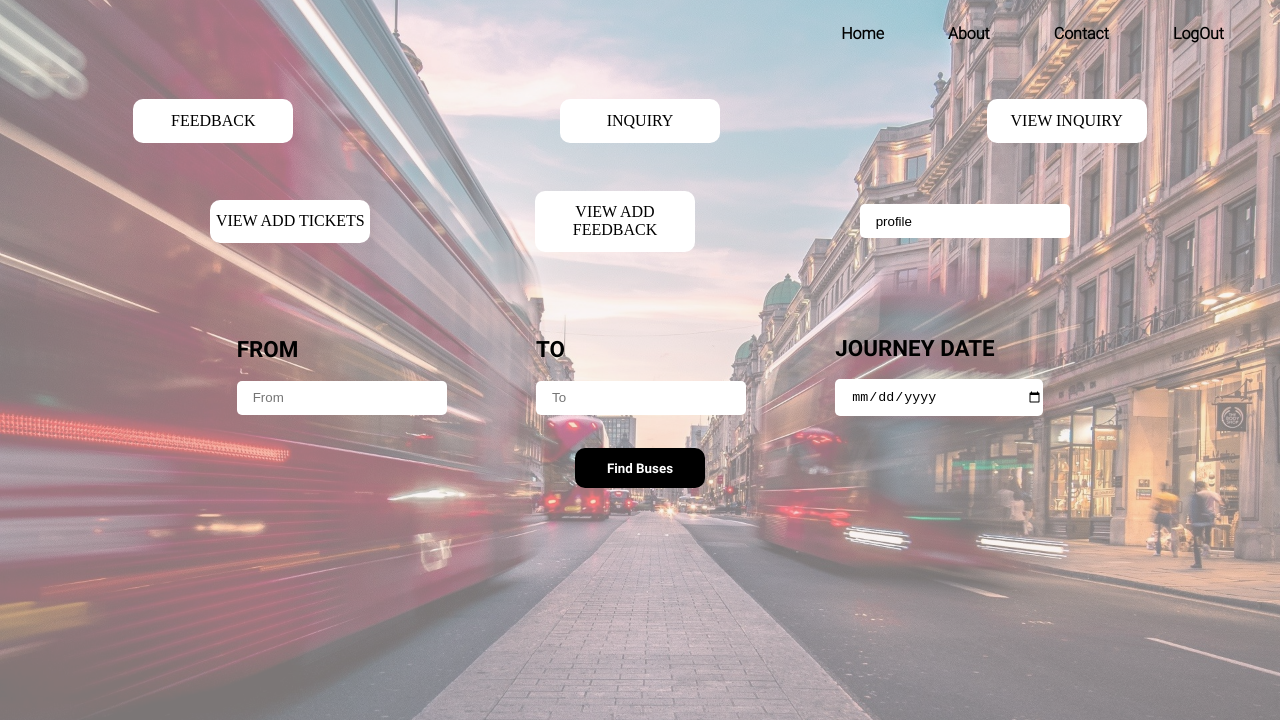
Repository: Savindushehan/RouteMaster-Group-project
Page: http://localhost/RouterMaster/MainHome.jsp
An editor plug-in stored every save of this project. The page is shown before and after the next save, followed by the edit.
The browser window is 1280 px wide. The pictures show the whole page.
The page is served by Tomcat 10. Other server files are loaded and not shown.

Above is the page before, as saved 2023-10-09 19:18:18.

### RouteMaster/RouterMaster/src/main/webapp/MainHome.jsp
<%@ page language="java" contentType="text/html; charset=UTF-8"
    pageEncoding="UTF-8"%>
<!DOCTYPE html>
<html lang="en">
<head>
    <meta charset="UTF-8">
    <meta name="viewport" content="width=device-width, initial-scale=1.0">
    <title>RouteMaster</title>
    <style>
        @font-face {
        font-family: 'Roboto-Light'; /* Font family name */
        src: url('Fonts/Roboto-Light.ttf') format('truetype'); /* URL to your font file */
        font-weight: normal;
        font-style: italic;
        }
        @font-face {
        font-family: 'Raleway-Light'; /* Font family name */
        src: url('Fonts/Raleway-Light.ttf') format('truetype'); /* URL to your font file */
        font-weight: normal;
        font-style: italic;
        }
        @font-face {
        font-family: 'Roboto-Bold'; /* Font family name */
        src: url('Fonts/Roboto-Bold.ttf') format('truetype'); /* URL to your font file */
        font-weight: normal;
        font-style: italic;
        }
        :root{
            --div-color1:#000000;
            --div-color2:#272702;
            --div-color3:#07FAFA;
            --div-color4:#FFFFFF;
        }
        a{
            text-decoration: none;
        }
        body{
            margin: 0;
            padding: 0;
            background-image: url(background.jpg);
            background-size: cover;
            background-repeat: no-repeat;
            background-position: center;
            height: 100vh;

        }
        body::before {
          content: "";
          position: absolute;
          top: 0;
          left: 0;
          width: 100%;
          height: 100%;
          background-color: rgba(245, 236, 236, 0.5);
          z-index: -1;
        }
        .head{
            display: flex;
            flex-direction: row;
            justify-content: right;
        }
        header h3{
            color: var(--div-color1);
            font-size:1rem;
            margin-right: 3rem;
            cursor: grab;
            padding: 0.5rem;
            border-radius: 0.5rem;
            outline: none;
            font-family: 'Roboto-Light';
        }
        .row1{
            margin-top: 2rem;
            width: 100%;
        }
        .row2{
            width: 80%;
            margin-left: auto;
            margin-right: auto;
        }
        .row1,.row2{
            display: flex;
            flex-direction: row;
            justify-content: space-around;
            align-items: center;
            margin-bottom: 3rem;
        }
        span{
            width: 10rem;
            padding-top: 0.8rem;
            padding-bottom: 0.8rem;
            text-align: center;
            border-radius: 10px;
            background-color: var(--div-color4);
            outline: none;
            font-family: 'Ralway-Light';
            cursor: pointer;
        }
        form{
            display: flex;
            flex-direction: column;
            justify-content: center;
            align-items: center;
            width:70%;
            margin-left: auto;
            margin-right: auto;
            margin-top: 4rem;
        }
        .row3{
            display: flex;
            flex-direction: row;
            justify-content: space-around;
            align-items: center;
            width: 100%;
        }
        h2{
           font-family: 'Roboto-Bold';
           font-size: 1.4rem;
        }
        input{
            width: 12rem;
            padding-top: 0.6rem;
            padding-bottom: 0.6rem;
            border: none;
            outline: none;
            border-radius: 5px;
            padding-left: 1rem;
        }
        button{
          text-align: center;
          padding-left: 2rem;
          padding-right: 2rem;
          padding-top: 0.8rem;
          padding-bottom: 0.8rem;
          border-radius: 10px;
          font-family: 'Roboto-Bold';
          background-color: var(--div-color1);
          color: var(--div-color4);
          border: none;
          outline: none;
          cursor: pointer;
          margin-top: 2rem;
        }
    </style>
</head>
<body>
    <header>
        <div class="head">
          <a href="Home.jsp"><h3 id="m1">Home</h3></a>
           <a href="AboutUs.jsp"><h3 id="m2">About</h3></a>
            <a href="ContactUS.jsp"><h3 id="m3">Contact</h3></a>
           <a href="login.jsp"><h3 id="m4">LogOut</h3></a>
        </div>
    </header>
    <main>
        <div class="row1">
            <span id="s1" name="feedback">FEEDBACK</span>
            <span id="s2" name="inquiry">INQUIRY</span>
            <span id="s3" name="viewinquiry">VIEW INQUIRY</span>
        </div>
       <div class="row2">
		<span id="s4" name="ticket">VIEW ADD TICKETS</span>
   		 <span id="s5" name="viewfeedback">VIEW ADD FEEDBACK</span>
	    <input id="s6" name="profile" value="profile">
	</div>

        <form>
            <div class="row3">
                <div class="colomn1">
                                    <h2>FROM</h2>
                    <input type="text" id="from" name="from" placeholder="From">
                </div>
                <div class="colomn2">
                    <h2>TO</h2>
                    <input type="text" id="to" name="to" placeholder="To">
                </div>
                <div class="colomn3">
                    <h2>JOURNEY DATE</h2>
                    <input type="date" id="date" name="date">
                </div>
            </div>
            <button id="btn">Find Buses</button>
        </form>
    </main>
    <script>

        var M1=document.getElementById("m1");
        var M2=document.getElementById("m2");
        var M3=document.getElementById("m3");
        var M4=document.getElementById("m4");
        var BTN=document.getElementById("btn");
        var S1=document.getElementById("s1");
        var S2=document.getElementById("s2");
        var S3=document.getElementById("s3");
        var S4=document.getElementById("s4");
        var S5=document.getElementById("s5");
        var S6=document.getElementById("s6");

        M1.onmousemove=function(){
          M1.style.backgroundColor="var(--div-color3)";
          M1.style.color="var(--div-color4)";
        }
        M1.onmouseout=function(){
          M1.style.backgroundColor="";
          M1.style.color="var(--div-color1)";
        }
        M2.onmousemove=function(){
          M2.style.backgroundColor="var(--div-color3)";
          M2.style.color="var(--div-color4)";
        }
        M2.onmouseout=function(){
          M2.style.backgroundColor="";
          M2.style.color="var(--div-color1)";
        }
        M3.onmousemove=function(){
          M3.style.backgroundColor="var(--div-color3)";
          M3.style.color="var(--div-color4)";
        }
        M3.onmouseout=function(){
          M3.style.backgroundColor="";
          M3.style.color="var(--div-color1)";
        }
        M4.onmousemove=function(){
          M4.style.backgroundColor="var(--div-color3)";
          M4.style.color="var(--div-color4)";
        }
        M4.onmouseout=function(){
          M4.style.backgroundColor="";
          M4.style.color="var(--div-color1)";
        }
        /* Above javascript code must include all tha page.don't change the code.*/
        BTN.onmousemove=function(){
          BTN.style.color="var(--div-color1)";
          BTN.style.backgroundColor="var(--div-color4)";
        }
        BTN.onmouseout=function(){
          BTN.style.color="var(--div-color4)";
          BTN.style.backgroundColor="var(--div-color1)";
        }
        S1.onmousemove=function(){
            S1.style.backgroundColor="var(--div-color3)";
            S1.style.color="var(--div-color4)";
        }
        S1.onmouseout=function(){
            S1.style.backgroundColor="var(--div-color4)";
            S1.style.color="var(--div-color1)";
        }
        S2.onmousemove=function(){
            S2.style.backgroundColor="var(--div-color3)";
            S2.style.color="var(--div-color4)";
        }
        S2.onmouseout=function(){
            S2.style.backgroundColor="var(--div-color4)";
            S2.style.color="var(--div-color1)";
        }
        S3.onmousemove=function(){
            S3.style.backgroundColor="var(--div-color3)";
            S3.style.color="var(--div-color4)";
        }
        S3.onmouseout=function(){
            S3.style.backgroundColor="var(--div-color4)";
            S3.style.color="var(--div-color1)";
        }
        S4.onmousemove=function(){
            S4.style.backgroundColor="var(--div-color3)";
            S4.style.color="var(--div-color4)";
        }
        S4.onmouseout=function(){
            S4.style.backgroundColor="var(--div-color4)";
            S4.style.color="var(--div-color1)";
        }
        S5.onmousemove=function(){
            S5.style.backgroundColor="var(--div-color3)";
            S5.style.color="var(--div-color4)";
        }
        S5.onmouseout=function(){
            S5.style.backgroundColor="var(--div-color4)";
            S5.style.color="var(--div-color1)";
        }
        S6.onmousemove=function(){
            S6.style.backgroundColor="var(--div-color3)";
            S6.style.color="var(--div-color4)";
        }
        S6.onmouseout=function(){
            S6.style.backgroundColor="var(--div-color4)";
            S6.style.color="var(--div-color1)";
        }

       </script>
</body>
</html>

After the next save:
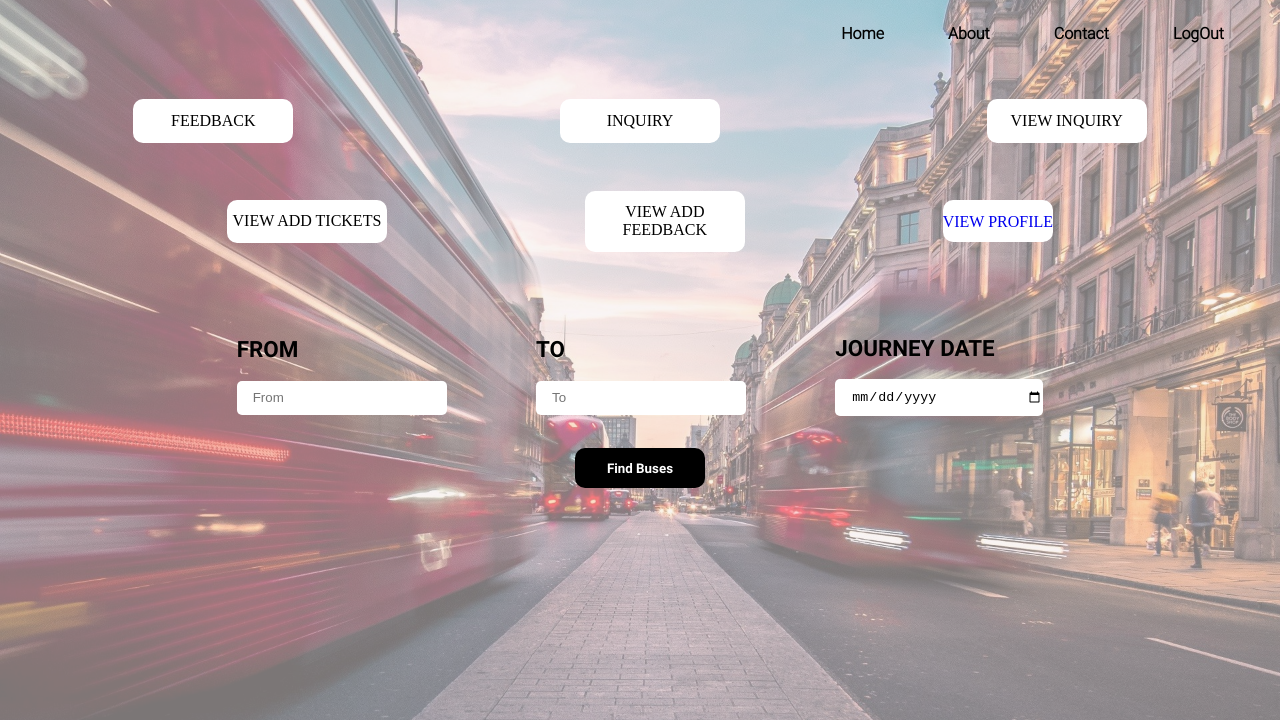
Saved 42 s later.
--- a/RouteMaster/RouterMaster/src/main/webapp/MainHome.jsp
+++ b/RouteMaster/RouterMaster/src/main/webapp/MainHome.jsp
@@ -161,7 +161,7 @@
        <div class="row2">
 		<span id="s4" name="ticket">VIEW ADD TICKETS</span>
    		 <span id="s5" name="viewfeedback">VIEW ADD FEEDBACK</span>
-	    <input id="s6" name="profile" value="profile">
+	    <a href="LoginServlet?profile=profile"><span id="s6" name="profile" value="profile">VIEW PROFILE</span></a>
 	</div>
 
         <form>
